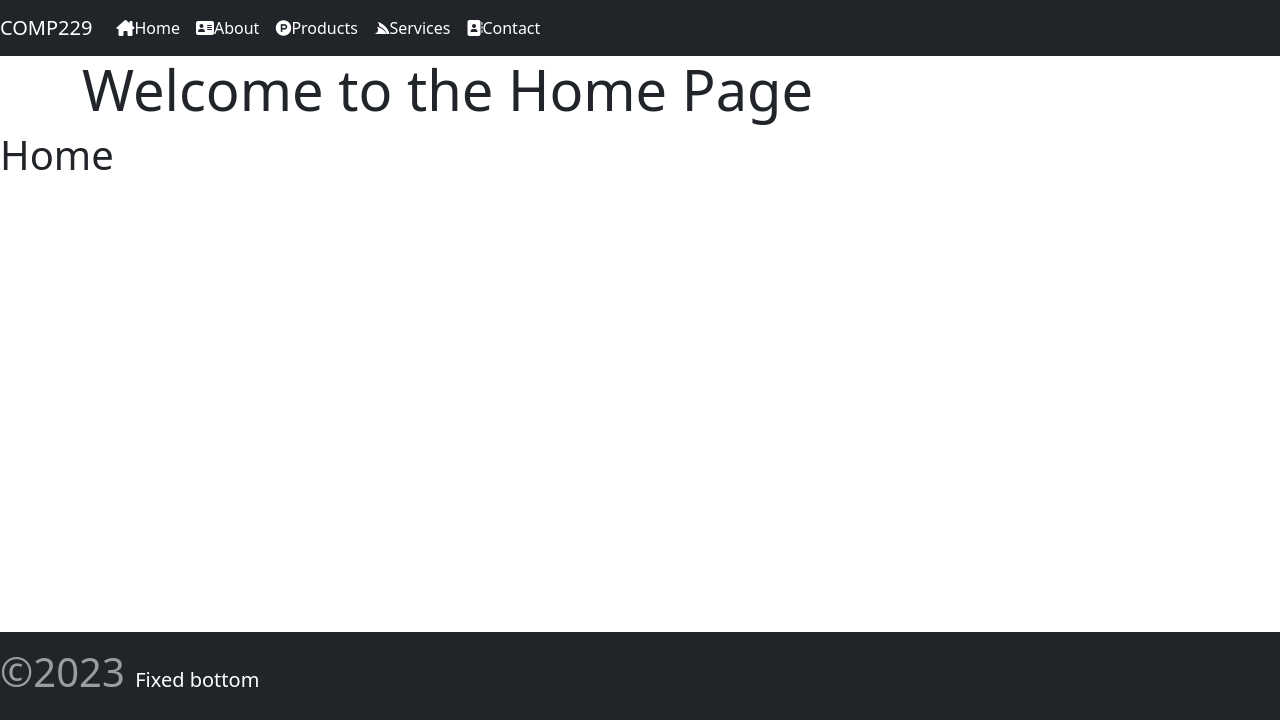
Repository: BlessingAjiboye/WEEK52023W
Page: http://localhost/
An editor plug-in stored every save of this project. The page is shown before and after a run of saves, followed by the edit.
The browser window is 1280 px wide. The pictures show the whole page.
The page is served by the project's Node server (server.js).

Above is the page before, as saved 2023-01-26 11:37:28.

After the next 5 saves:
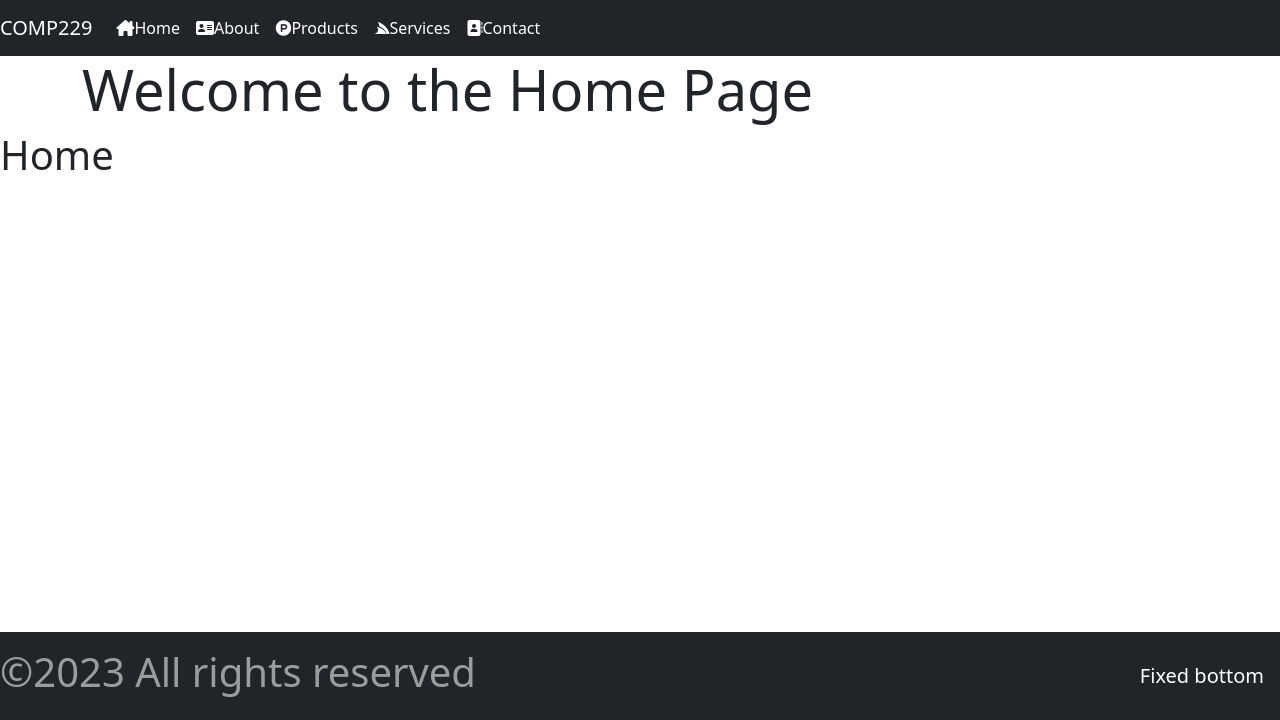
The 5 saves are shown as one change because they came seconds apart.
The last was saved 19 s later.
--- a/views/index.ejs
+++ b/views/index.ejs
@@ -69,7 +69,7 @@
   <footer>
     <nav class="navbar fixed-bottom navbar-dark bg-dark">
   <!--<div class="container-fluid">-->
-    <h1 class="display-6 navbar-text">&copy;2023
+    <h1 class="display-6 navbar-text">&copy;2023 All rights reserved</h1>
     <a class="navbar-brand" href="#">Fixed bottom</a>
   </div>
 </nav>
